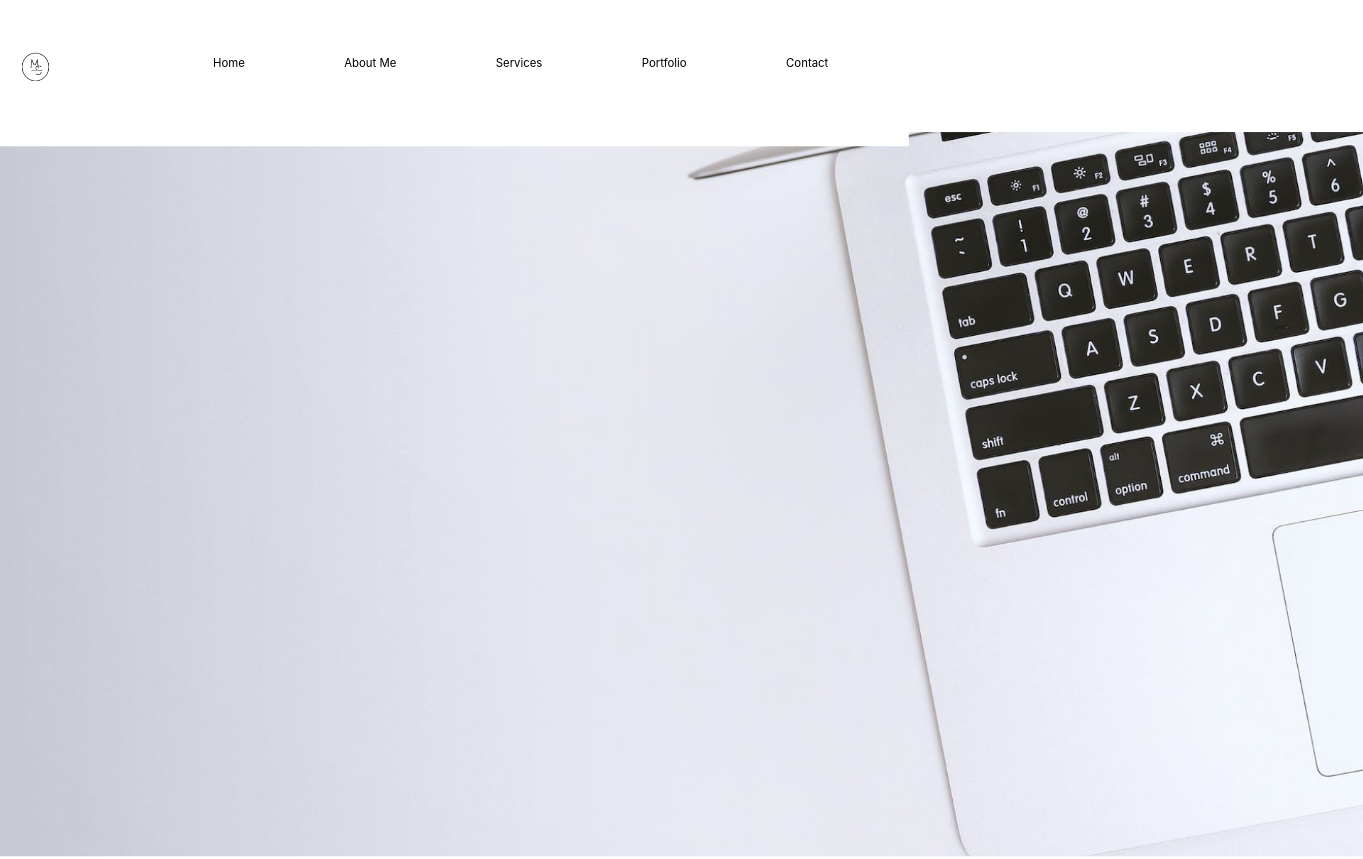
Repository: MEROO1010/Portfolio-2
Page: /
The author's editor kept a copy of each file at every save. The page is drawn from the files as they stood at one save, then again after a run of saves.
The browser window is 1280 px wide. The page is 1920 px wide, so the pictures cover 1920 px, including what lies to the right of the window. The pictures show the whole page, at 71% of full size.
The project was rebuilt for these pictures with package versions that can differ from the ones it lists, and the page was loaded fresh each time.

Above is the page before, as saved 2023-12-16 11:07:51.

### src/App.js
import './App.css';
import Home from './components/Home';
import Navbar from './components/Navbar';

function App() {
  return (
    <div className="App">
     <Navbar/>
     <Home/>
    </div>
  );
}

export default App;

### src/components/Home.js
import React from 'react'
import HomeImage from "../images/header background.png";
import styled from "styled-components"


const Home = () => {
  return (
    <Container>
        <img src={HomeImage}alt=""/>
    </Container>
  )
}

const Container = styled.div`
 width: 100%;
`

export default Home

### src/components/Navbar.js
import React from 'react'
import styled from "styled-components"
import MYLOGO from "../images/white logo.png";

const Navbar = () => {
  return (
    <Container>
       <ul>
          <li>Home</li>
          <li>About Me</li>
          <li>Services</li>
          <li>Portfolio</li>
          <li>Contact</li>
       </ul>

       <Logo>
       <img src={MYLOGO}alt=""/>
       </Logo>
    </Container>
  )
}


const Container = styled.div `
  margin-bottom:40px;
  padding-bottom:20px;
  background-color:white;
  position:relative;
  top:60px;



  ul{
    position:relative;
   list-style-type: none;
  margin-top: 10px;
  padding-left: 20px;
  top: 8px;
  left:140px;
  overflow: hidden;
  }

  li {
    position:sticky;
    justifyContent: flex-end;
    display: flex;
    right:100px;
  float: left;
  padding-left: 20px;
  margin-left:120px;


}
li a {
  display: block;
  color: white;
  text-align: center;
  padding: 16px;
  text-decoration: none;
}

li a:hover {
  background-color: #111111;
}
`

const Logo = styled.div `
position:relative;
bottom:40px;
padding-bottom:80px;
 img{
 width:60px;
 height:60px;
 float: left;
 margin-left:20px;
 padding-bottom:20px;
 justifyContent: flex-end;

 }
`

export default Navbar

Loaded but not shown: public/index.html (common file); src/index.js (common file); src/index.css (common file); src/reportWebVitals.js (common file); src/App.css (common file)

After the next 3 saves:
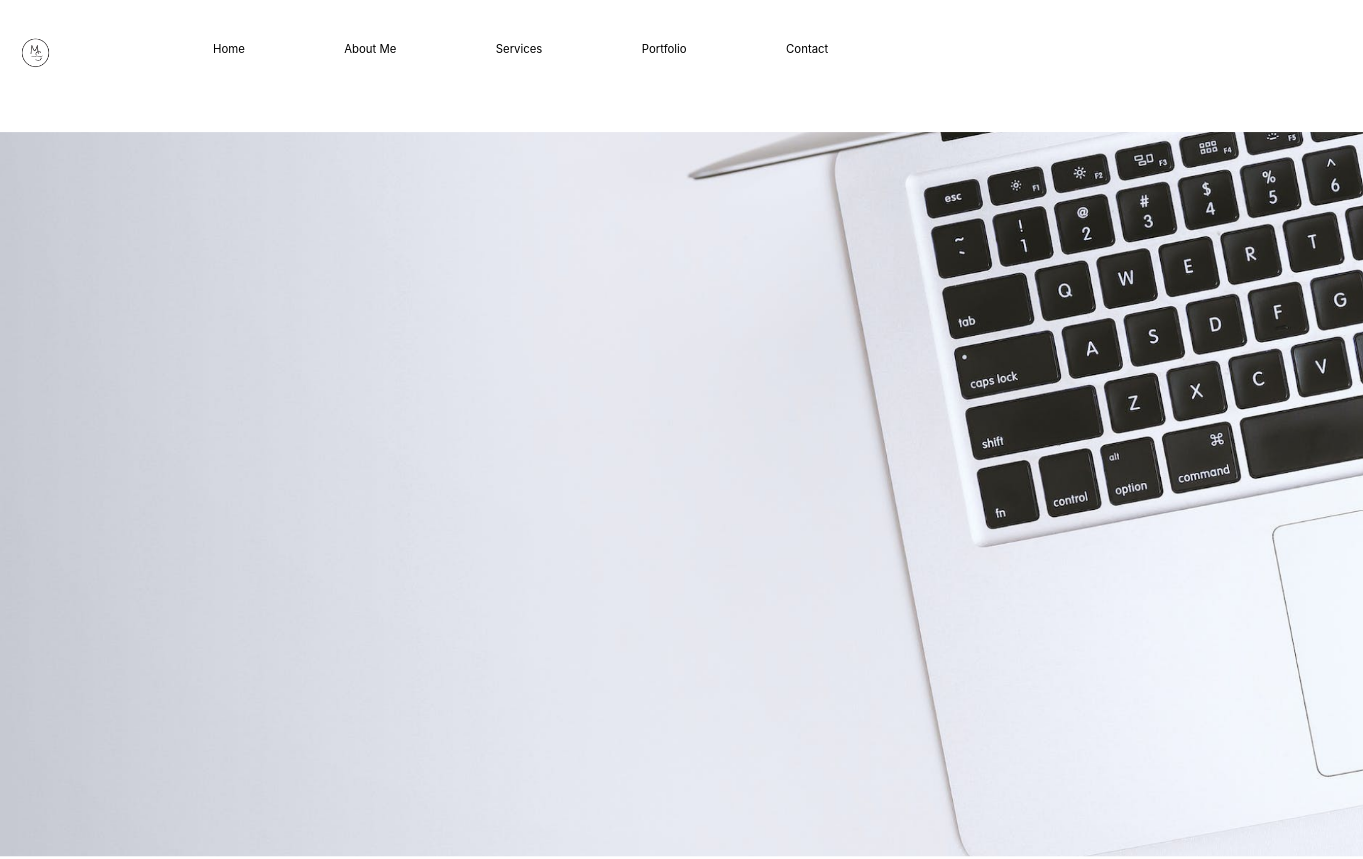
The 3 saves are shown as one change because they came seconds apart.
The last was saved 9 s later.
--- a/src/components/Navbar.js
+++ b/src/components/Navbar.js
@@ -26,7 +26,7 @@ const Container = styled.div `
   padding-bottom:20px;
   background-color:white;
   position:relative;
-  top:60px;
+  top:40px;
 
 
 
